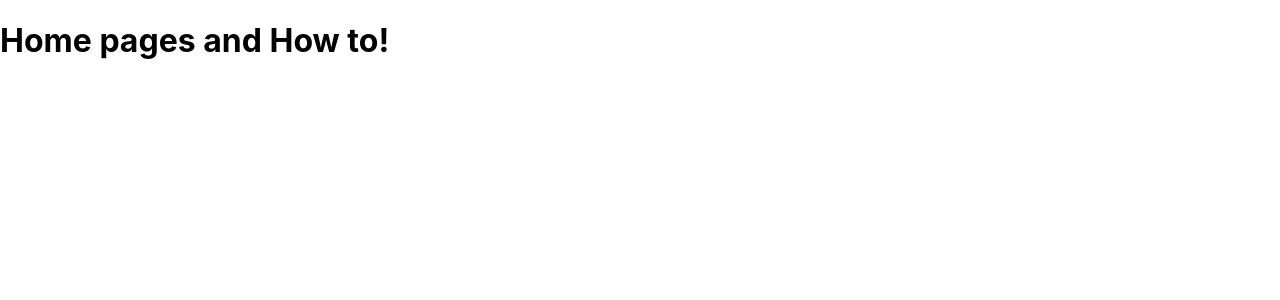
Repository: mergemaven11/Crud_Nextjs
Page: /
An editor plug-in stored every save of this project. The page is shown before and after the next save, followed by the edit.
The browser window is 1280 px wide. The pictures show the whole page.
The project was rebuilt for these pictures with package versions that can differ from the ones it lists, and the page was loaded fresh each time. The framework's server and built-in components were replaced by stand-ins that run in the browser.

Above is the page before, as saved 2020-10-22 18:42:32.

After the next save:
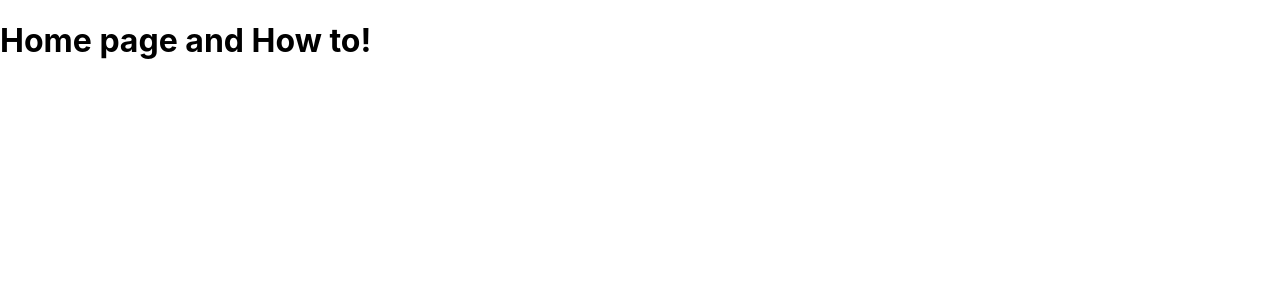
Saved 4 s later.
--- a/pages/index.jsx
+++ b/pages/index.jsx
@@ -1,3 +1,3 @@
 import React from 'react'
 
-export default () => <h1>Home pages and How to!</h1>
+export default () => <h1>Home page and How to!</h1>
